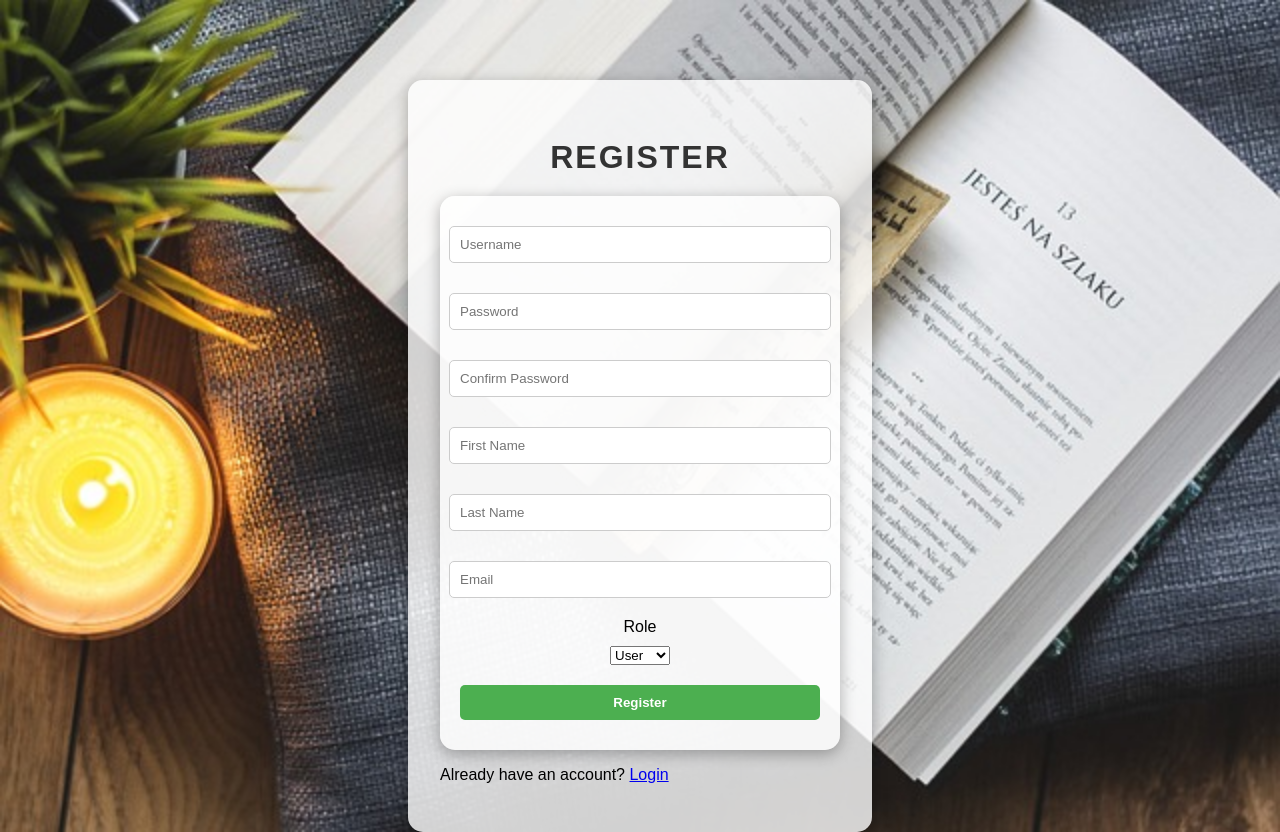
Repository: pavitrapai10/Library_Management_System
Page: http://localhost/register.php
The author's editor kept a copy of each file at every save. The page is drawn from the files as they stood at one save, then again after the next save.
The browser window is 1280 px wide. The pictures show the whole page.
Backgrounds fixed to the window are drawn as part of the page. The page is run by PHP 8.4 with error messages shown; the project is at /var/www/html/.

Above is the page before, as saved 2025-02-05 16:45:55.

### register.php
<?php
include 'db.php';

$error = '';

if ($_SERVER['REQUEST_METHOD'] == 'POST') {
    $username = trim($_POST['username']);
    $password = trim($_POST['password']);
    $confirmPassword = trim($_POST['confirmPassword']);
    $first_name = trim($_POST['first_name']);
    $last_name = trim($_POST['last_name']);
    $email = trim($_POST['email']);
    $role_name = trim($_POST['role']);

    // Get the role ID based on role name
    $role_query = $conn->prepare("SELECT id FROM roles WHERE role_name = ?");
    $role_query->bind_param("s", $role_name);
    $role_query->execute();
    $role_query->store_result();
    $role_query->bind_result($id);
    $role_query->fetch();

    if (!$id) {
        $error = "Invalid role selected.";
    }

    // Server-side email validation
    if (!filter_var($email, FILTER_VALIDATE_EMAIL) || !preg_match('/@gmail\.com$/', $email)) {
        $error = "Please enter a valid Gmail address (e.g., example@gmail.com).";
    }

    // Server-side password validation
    if (strlen($password) < 8 ||
        !preg_match('/[A-Z]/', $password) ||
        !preg_match('/[a-z]/', $password) ||
        !preg_match('/\d/', $password) ||
        !preg_match('/[@$!%*?&]/', $password)) {
        $error = "Password must be at least 8 characters long, contain an uppercase letter, a lowercase letter, a number, and a special character.";
    } elseif ($password !== $confirmPassword) {
        $error = "Passwords do not match.";
    }

    if (empty($error)) {
        // Hash the password before storing
        $hashedPassword = password_hash($password, PASSWORD_DEFAULT);

        // Correct query with role ID
        $query = "INSERT INTO borrowers (username, password, first_name, last_name, email, created_at, role_id)
                  VALUES (?, ?, ?, ?, ?, NOW(), ?)";
        $stmt = $conn->prepare($query);

        if ($stmt) {
            $stmt->bind_param("sssssi", $username, $hashedPassword, $first_name, $last_name, $email, $id); // Bind role ID as integer

            try {
                $stmt->execute();
                echo "<script>
                        showAlert('Registration successful!', 'success');
                      </script>";
                header('Location: login.php');
                exit();
            } catch (mysqli_sql_exception $e) {
                // Handle duplicate entry errors for both username and email
                if (strpos($e->getMessage(), "for key 'borrowers.username'") !== false) {
                    $error = "Username already exists. Please choose a different one.";
                } elseif (strpos($e->getMessage(), "for key 'borrowers.email'") !== false) {
                    $error = "Email already exists. Please use a different one.";
                } else {
                    $error = "Failed to register user. Please try again.";
                }
            }
        } else {
            $error = "Failed to prepare the statement. Please contact support.";
        }
    }
}
?>

<!DOCTYPE html>
<html lang="en">
<head>
    <meta charset="UTF-8">
    <meta name="viewport" content="width=device-width, initial-scale=1.0">
    <title>Register - Library Management</title>
    <link rel="stylesheet" href="style.css">
    <style>
        .alert {
            padding: 10px;
            margin-top: 10px;
            border-radius: 5px;
            font-weight: bold;
            display: none;
        }

        .alert.success {
            color: white;
            background-color: #4CAF50;
        }

        .alert.error {
            color: white;
            background-color: #f44336;
        }
    </style>
</head>
<body>
    <div class="form-container">
        <h2>Register</h2>
        <form id="registerForm" method="POST" action="">
            <input type="text" name="username" id="username" placeholder="Username" required>
            <input type="password" name="password" id="password" placeholder="Password" required>
            <input type="password" name="confirmPassword" id="confirmPassword" placeholder="Confirm Password" required>
            <input type="text" name="first_name" placeholder="First Name" required>
            <input type="text" name="last_name" placeholder="Last Name" required>
            <input type="email" name="email" placeholder="Email" required>
            <label for="role">Role</label>
            <select name="role" id="role" required>
                <option value="user">User</option>
                <option value="admin">Admin</option>
            </select>
            <button type="submit">Register</button>
        </form>
        <div id="alertMessage" class="alert"></div>
        <?php if (!empty($error)): ?>
            <script>
                showAlert("<?php echo htmlspecialchars($error); ?>", "error");
            </script>
        <?php endif; ?>
        <p>Already have an account? <a href="login.php">Login</a></p>
    </div>
    <script>
        function showAlert(message, type) {
            const alertMessage = document.getElementById("alertMessage");
            alertMessage.textContent = message;
            alertMessage.className = `alert ${type}`;
            alertMessage.style.display = "block";
        }
    </script>
</body>
</html>

### db.php

<?php
$servername = "localhost";
$username = "root";
$password = ""; // Empty if there's no password set
$dbname = "library_management";

// Create connection
$conn = new mysqli($servername, $username, $password, $dbname);

// Check connection and suppress any errors
if ($conn->connect_error) {
    // You can log the error instead of displaying it, e.g., error_log($conn->connect_error);
    die();  // Do not display any error message, but stop further execution
}
?>

### style.css
/* General Body Style (for all pages) */
body {
    font-family: 'Poppins', Arial, sans-serif;
    background: url('img/image.jpg') no-repeat center center fixed;
    background-size: cover;
    height: 100vh;
    margin: 0;
    padding: 0;
    overflow-x: hidden;
    animation: fadeIn 1.5s ease-in-out;

}

/* Fade-in animation for the body */
@keyframes fadeIn {
    from {
        opacity: 0;
    }
    to {
        opacity: 1;
    }
}

/* Header Styling for All Pages */
/* Updated Header Styling for Button Layout */
header {
    background: rgba(76, 175, 80, 0.9);
    color: #fff;
    padding: 1rem 20px;
    display: flex;
    align-items: center;
    justify-content: space-between;
    position: sticky;
    top: 0;
    z-index: 10;
    box-shadow: 0 2px 5px rgba(0, 0, 0, 0.2);
}

.backtobooks-button {
    color: #fff;
    text-decoration: none;
    font-size: 1rem;
    border: 1px solid white;
    padding: 5px 10px;
    border-radius: 5px;
    background: #4CAF50;
    transition: background 0.3s ease, color 0.3s ease;
}

.backtobooks-button:hover {
    background: white;
    color: #4CAF50;
}
.backtoadmin-button {
    color: #fff;
    text-decoration: none;
    font-size: 1rem;
    border: 1px solid white;
    padding: 5px 10px;
    border-radius: 5px;
    background: #4CAF50;
    transition: background 0.3s ease, color 0.3s ease;
}

.backtoadmin-button:hover {
    background: white;
    color: #4CAF50;
}

.header-content {
    display: flex;
    justify-content: space-evenly;
    align-items: center;
    width: 100%;
}

.left-buttons {
    display: flex;
    gap: 15px;
}

.right-buttons {
    margin-left: auto;
}

.logout-button {
    color: #fff;
    text-decoration: none;
    font-size: 1rem;
    border: 1px solid white;
    padding: 5px 10px;
    border-radius: 5px;
    transition: background 0.3s ease, color 0.3s ease;
}

.add-books-button,
.borrow-button,
.log-button,
.borrowbook-button {
    color: #fff;
    text-decoration: none;
    font-size: 1rem;
    border: 1px solid white;
    padding: 5px 10px;
    border-radius: 5px;
    background: #4CAF50;
    transition: background 0.3s ease, color 0.3s ease;
}

.logout-button:hover,
.add-books-button:hover,
.borrow-button:hover,
.log-button:hover,
.borrowbook-button:hover {
    background: white;
    color: #4CAF50;
}
header .backtobooks-button:hover {
    background: white;
    color: #4CAF50;
}
header .backtoadmin-button:hover {
    background: white;
    color: #4CAF50;
}




/* Form Container Styling for Login and Register */
.form-container {
    background: rgba(255, 255, 255, 0.8); /* White background with transparency */
    max-width: 400px;
    width: 90%;
    margin: 5rem auto;
    padding: 2rem;
    box-shadow: 0 4px 15px rgba(0, 0, 0, 0.3); /* Deeper shadow for better effect */
    border-radius: 15px;
    transition: transform 0.3s ease-in-out, box-shadow 0.3s ease-in-out;
}

.form-container:hover {
    transform: scale(1.03);
    box-shadow: 0 6px 20px rgba(0, 0, 0, 0.4);
}

/* Input and Button Styling for Forms */
input, button {
    width: 100%;
    padding: 10px;
    margin: 10px 0;
    border: 1px solid #ccc;
    border-radius: 5px;
    transition: all 0.3s ease;
}

input:focus {
    outline: none;
    border: 1px solid #4CAF50;
    box-shadow: 0 0 10px rgba(76, 175, 80, 0.5);
}

button {
    background: #4CAF50;
    color: #fff;
    border: none;
    cursor: pointer;
    font-weight: bold;
}

button:hover {
    background: #45a049;
    box-shadow: 0 2px 10px rgba(76, 175, 80, 0.4);
    transform: scale(1.05);
}

/* Ensure that form elements are centered */
form {
    display: flex;
    flex-direction: column;
    align-items: center;
    gap: 10px; /* Add spacing between form elements */
}

/* Heading Styling for Login, Register, Edit */
h2 {
    text-align: center;
    font-size: 2rem;
    margin-bottom: 20px;
    color: #333;
    text-transform: uppercase;
    letter-spacing: 2px;
    animation: fadeIn 1.5s ease-in-out;
}

/* Admin Page Styling */
#admin-page {
    display: flex;
    justify-content: center;
    align-items: center;
    flex-direction: column;
    padding: 20px;
    box-sizing: border-box;
    min-height: 80vh; /* Ensures the content stays centered vertically */
    margin: 0 auto;
}

#admin-page table {
    width: 60%; /* Slightly narrower to ensure spaciousness */
    max-width: 200px; /* Limit maximum width */
    margin: 0 auto; /* Center the table horizontally */
    border-collapse: collapse;
    background: white;
    box-shadow: 0 4px 15px rgba(0, 0, 0, 0.2);
    border-radius: 8px;
    overflow: hidden; /* Clip any overflow for smooth rounded corners */
    animation: zoomIn 0.8s ease-in-out;
}

@keyframes zoomIn {
    from {
        transform: scale(0.9);
        opacity: 0;
    }
    to {
        transform: scale(1);
        opacity: 1;
    }
}

#admin-page th,
#admin-page td {
    padding: 20px; /* Increased padding for better readability */
    text-align: left;
    border: 1px solid #ddd;
    font-size: 16px; /* Consistent font size */
}

#admin-page th {
    background-color: #4CAF50;
    color: white;
    text-transform: uppercase;
    letter-spacing: 1px;
    font-weight: bold;
}

#admin-page tr:nth-child(even) {
    background-color: #f9f9f9;
}

#admin-page tr:hover {
    background-color: #f1f1f1;
    transform: scale(1.01);
    transition: transform 0.2s ease, background-color 0.2s ease;
}

/* Adjust the header and footer styles within the admin page */
header {
    display: flex;
    justify-content: space-between;
    align-items: center;
    background-color: #4CAF50;
    color: white;
    padding: 15px 20px;
    box-shadow: 0 2px 5px rgba(0, 0, 0, 0.2);
}

footer {
    text-align: center;
    margin-top: 20px;
    padding: 10px;
    background: #4CAF50;
    color: rgb(255, 255, 255);
    position: relative;
    width: 100%;
    box-shadow: 0 -2px 5px rgba(0, 0, 0, 0.1);
}



/* Responsive Adjustments */
@media (max-width: 768px) {
    #admin-page table {
        width: 95%;
    }

    #admin-page th,
    #admin-page td {
        font-size: 14px;
        padding: 12px;
    }
}






/* Books Page Table Styling */
#books-page table {
    width: 100%;
    margin: 20px 0;
    border-collapse: collapse;
    background: rgba(255, 255, 255, 0.95); /* Solid white background for books table */
    box-shadow: 0 4px 15px rgba(0, 0, 0, 0.2);
    transition: box-shadow 0.3s ease-in-out;
}

#books-page table:hover {
    box-shadow: 0 6px 20px rgba(0, 0, 0, 0.3);
}

#books-page th, #books-page td {
    padding: 12px;
    text-align: left;
    border: 1px solid #ddd;
}

#books-page th {
    background-color: #4CAF50;
    color: white;
}

/* Form Styling */
form {
    background: rgba(255, 255, 255, 0.8);
    padding: 20px;
    border-radius: 15px;
    box-shadow: 0 4px 15px rgba(0, 0, 0, 0.3);
}

form input, form button {
    margin: 10px 0;
    padding: 10px;
    width: 100%;
    border-radius: 5px;
}

form button:hover {
    background-color: #45a049;
    transform: scale(1.05);
}







/* Logs Table Styling */
table {
    width: 80%;
    margin: 20px auto;
    border-collapse: collapse;
    box-shadow: 0 4px 8px rgba(0, 0, 0, 0.2);
}

table th, table td {
    padding: 12px 15px;
    text-align: left;
    border: 1px solid #ddd;
}

table th {
    background-color: #4CAF50;
    color: white;
}

table tr:nth-child(even) {
    background-color: #e6e6e6; /* Solid light gray background */
}

table tr:nth-child(odd) {
    background-color: white; /* Solid white background for odd rows */
}

table tr:hover {
    background-color: #d1d1d1; /* Slightly darker gray for hover */
}

/* Close Button Styling */
.close-button {
    background-color: #f44336; /* Red background */
    color: white;
    padding: 10px 15px; /* Adjusted padding for a balanced look */
    border: none;
    border-radius: 5px;
    cursor: pointer;
    font-size: 14px;
    font-weight: bold;
    text-transform: uppercase;
    transition: background-color 0.3s ease, transform 0.2s ease;
    margin-left: 10px; /* Adds spacing if placed next to other buttons */
    display: inline-block; /* Ensures consistent alignment */
}

.close-button:hover {
    background-color: #e53935; /* Darker red on hover */
    transform: scale(1.05); /* Slight zoom effect on hover */
    box-shadow: 0 4px 10px rgba(229, 57, 53, 0.4); /* Adds a subtle shadow */
}

.close-button:active {
    transform: scale(0.95); /* Pressed effect */
    background-color: #d32f2f; /* Slightly darker red for active state */
}

/* Common button styles */

.edbutton {
    display: inline-block;
    padding: 6px 12px;
    font-size: 14px;
    border: none;
    border-radius: 4px;
    text-decoration: none;
    cursor: pointer;
    color: white;
}

/* Admin button styles */
.edit-button {
    background-color: #4CAF50;
}

.delete-button {
    background-color: #f44336;
}

/* Disabled button */
.disabled-button {
    background-color: #cccccc;
    color: #666666;
    cursor: not-allowed;
}

/* Regular user self-edit button with distinct color */
.self-edit-button {
    background-color: #2196F3;
    color: white;
    font-style: italic;
}

/* Hover effect for all active buttons */
.edbutton:hover:not(.disabled-button) {
    opacity: 0.8;
}

After the next save:
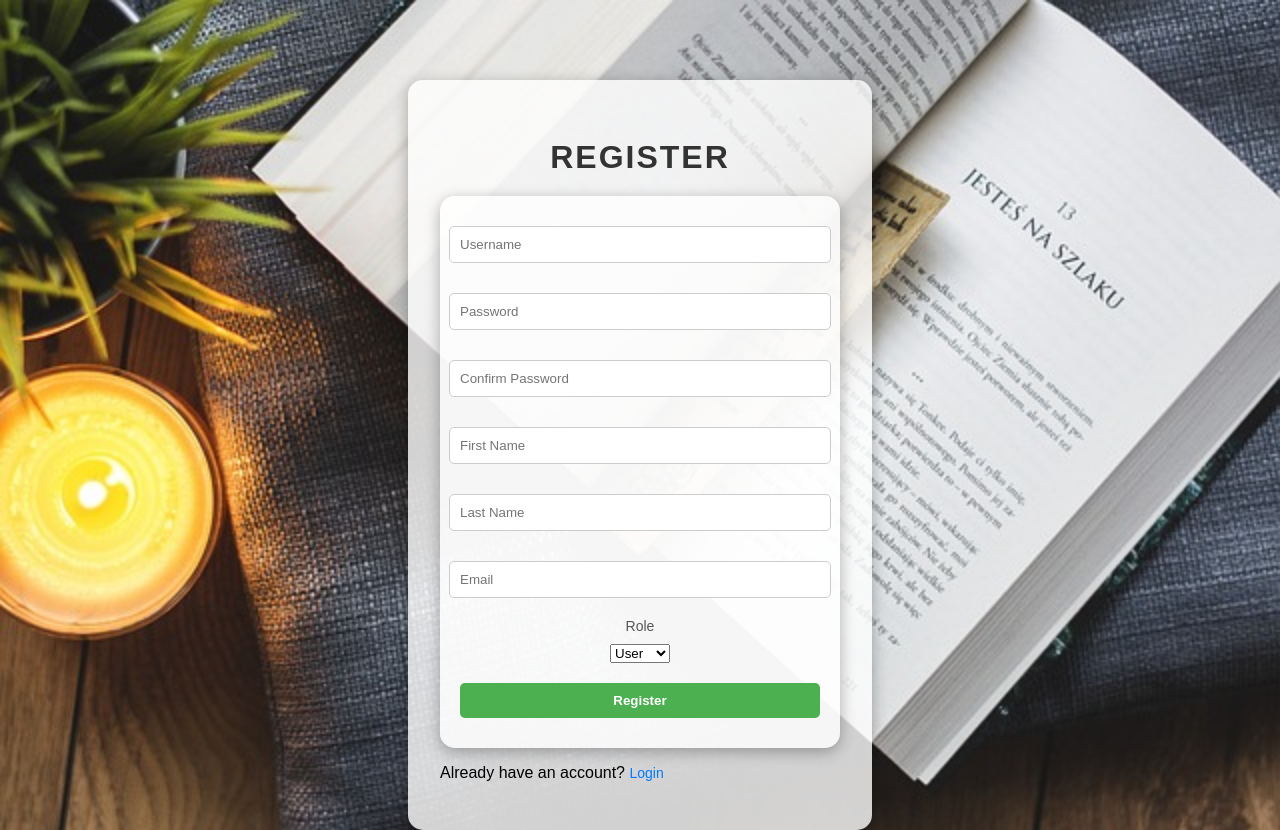
Saved 2 min 31 s later.
--- a/style.css
+++ b/style.css
@@ -445,3 +445,53 @@ table tr:hover {
 .edbutton:hover:not(.disabled-button) {
     opacity: 0.8;
 }
+
+
+
+
+.error {
+    color: white;
+    background-color: #f44336;
+    padding: 10px;
+    margin-top: 10px;
+    border-radius: 5px;
+    font-weight: bold;
+}
+
+/* Custom Alert Styling */
+.alert {
+    padding: 10px;
+    border-radius: 8px;
+    font-size: 14px;
+    text-align: left;
+    font-weight: bold;
+    margin-top: 10px;
+    display: none;
+}
+
+.alert.success {
+    background-color: #4CAF50;
+    color: white;
+}
+
+.alert.error {
+    background-color: #f44336;
+    color: white;
+}
+
+label {
+    text-align: left;
+    display: block;
+    font-size: 14px;
+    color: #555;
+}
+
+a {
+    color: #007BFF;
+    text-decoration: none;
+    font-size: 14px;
+}
+
+a:hover {
+    text-decoration: underline;
+}
